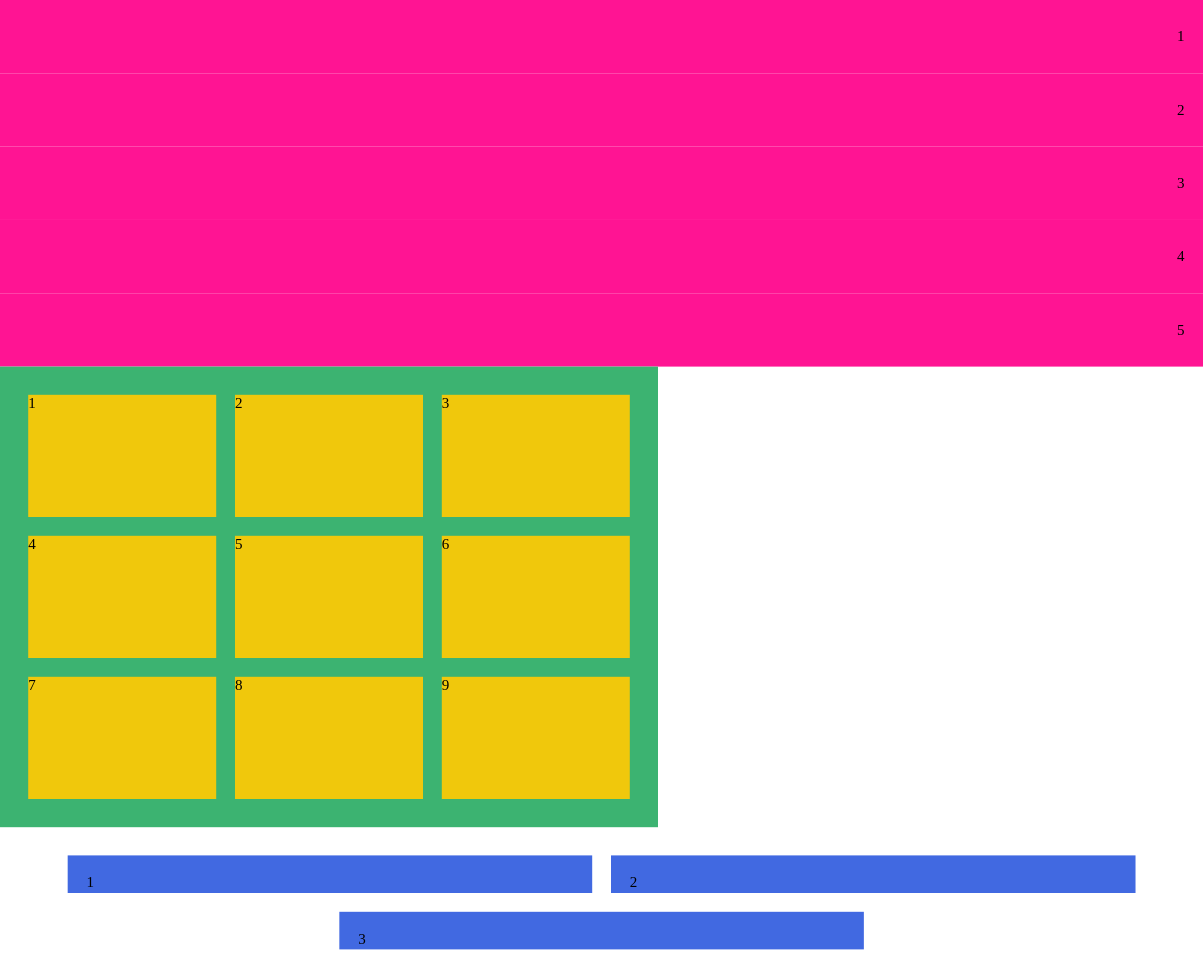
Repository: TsuKou/MainContents
Page: flex1/flex1.html
The author's editor kept a record of every edit. The page is drawn from the files as they stood at one moment, then again after the next edit.
The browser window is 1280 px wide. The pictures show the whole page, at 94% of full size.

Above is the page before.

After the next edit:
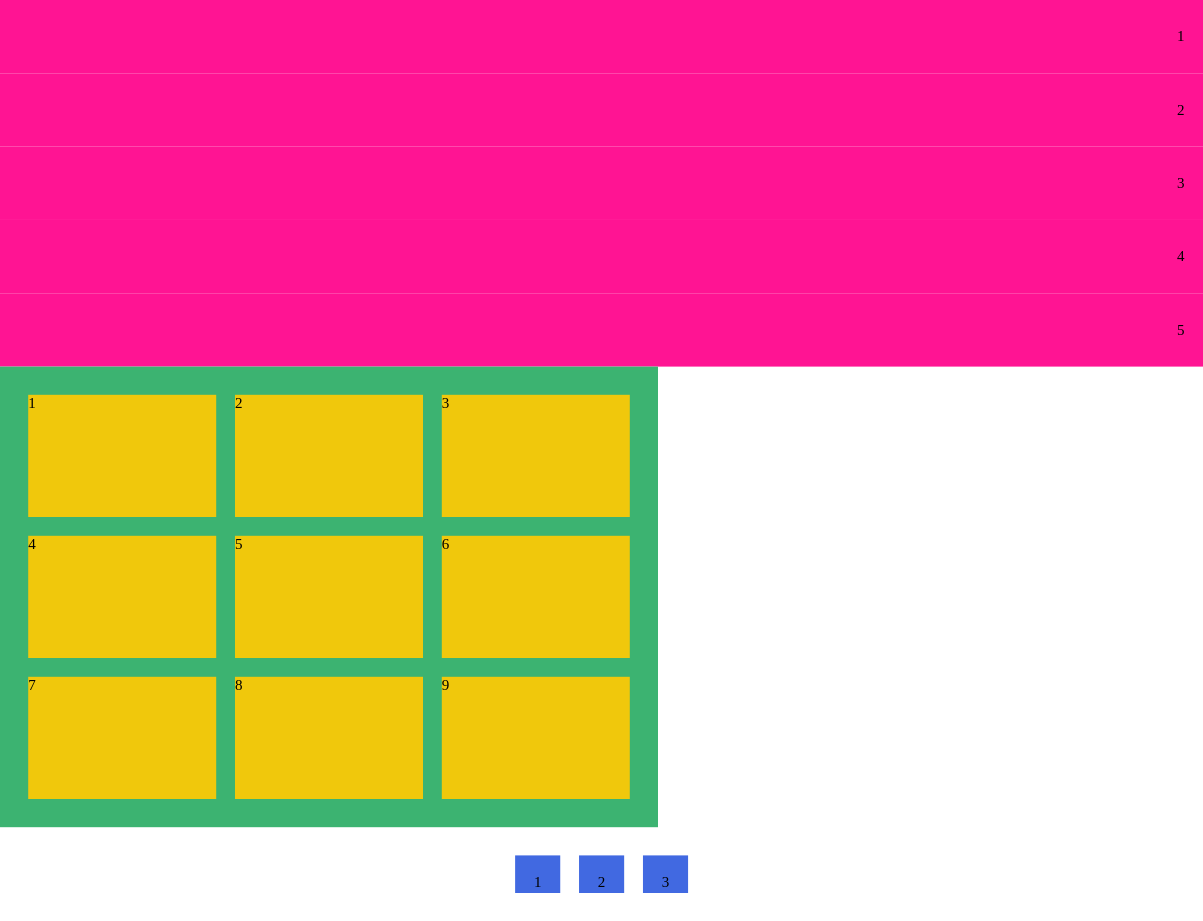
The edit:
--- a/flex1/flex1.css
+++ b/flex1/flex1.css
@@ -70,7 +70,7 @@
 
 .f-box-g > div {
 
-  flex-basis: 45%;
+
 }
 
 .f-box {
